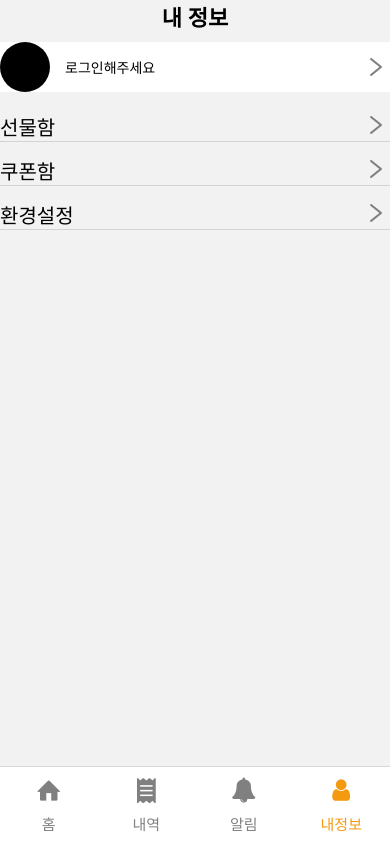
Repository: Unique0902/GachiDutch
Screen: /User
An editor plug-in stored every save of this project. The screen is shown before and after the next save, followed by the edit.
The app was drawn by React Native's web renderer in a window 390 px wide. The project was rebuilt for these pictures with package versions that can differ from the ones it lists, and the page was loaded fresh each time. Some packages were replaced by stand-ins written for this rebuild. Also part of the build but not shown: sources/components/lowBar/lowBar.jsx, sources/components/taxi/taxi.jsx, sources/components/alarm/alert.js, sources/components/alarm/alarm.jsx, sources/components/dutch_history/dutch_history.jsx, sources/components/dutchpay_historys/dutchpay_historys.jsx, sources/components/delivery_historys/delivery_historys.jsx, sources/components/taxi_historys/taxi_historys.jsx and 3 more.

Above is the screen before, as saved 2022-11-11 16:53:15.

After the next save:
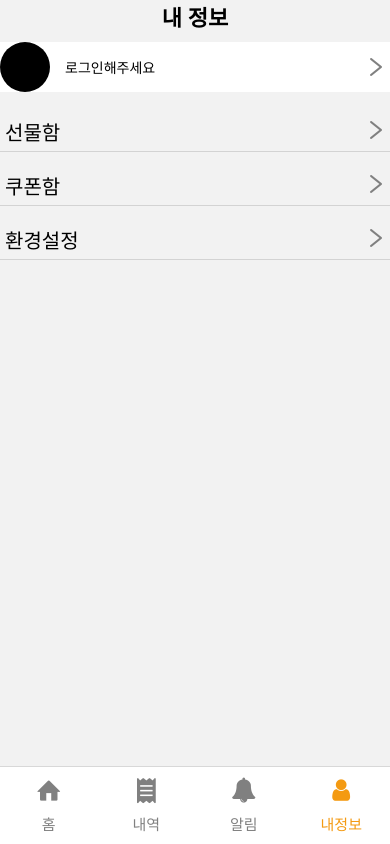
Saved 19 s later.
--- a/sources/components/user/user.jsx
+++ b/sources/components/user/user.jsx
@@ -125,6 +125,7 @@ const styles = StyleSheet.create({
     justifyContent: 'space-between',
     flexDirection: 'row',
     marginBottom: 14,
+    padding: 5,
     borderBottomColor: 'lightgray',
     borderBottomWidth: 0.5,
     borderStyle: 'solid',
